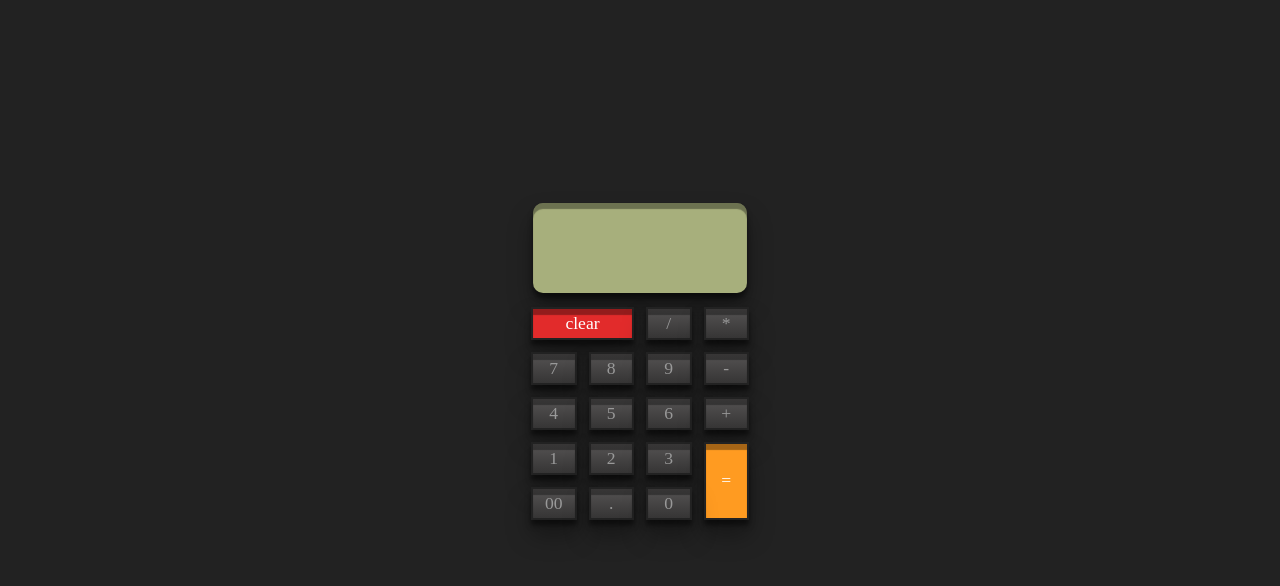
Repository: JunaidAnsari202/calculator
Page: index.html
These files come from the project's save history. The page is drawn as it stood at one moment and after the next save; the edit follows.
The browser window is 1280 px wide. The pictures show the whole page.

Above is the page before, as saved 2023-10-28 15:10:06.

### index.html
<!DOCTYPE html>
<html lang="en">
<head>
    <meta charset="UTF-8">
    <meta name="viewport" content="width=device-width, initial-scale=1.0">
    <title>Document</title>
    <link rel="stylesheet" href="style.css">
</head>
<body>

    <div class="caculator">
        <div class="button">
            <h2 id="value"></h2>
            <!-- <textarea name="" id="value" cols="1" rows="1" readonly></textarea> -->
            <span id="clear">clear</span>
            <span>/</span>
            <span>*</span>
            <span>7</span>
            <span>8</span>
            <span>9</span>
            <span>-</span>
            <span>4</span>
            <span>5</span>
            <span>6</span>
            <span id="plus">+</span>
            <span>1</span>
            <span>2</span>
            <span>3</span>
            <span id="equal">=</span>

            <span>00</span>
            <span>.</span>
            <span>0</span>


            </div>
    </div>
    <script src="script.js"></script>
</body>
</html>

### style.css
*{
    padding: 0;
    margin: 0;
    box-sizing: border-box;
    /* border: 1px red dashed; */
}

body{
    display: flex;
    justify-content: center;
    align-items: center;
    height: 100vh;

    /* background-color: rgb(109, 109, 109); */
    background-color: #222;
}
.calculator{

    position: relative;
    width: 280px;
}

.button{
    position: relative;
    display: grid;
    background-color:#222;
    width: 230px;

}

#value{
    width: 2em; /* Adjust the width as needed */
    height: 1.8em; /* Adjust the height as needed */
    resize: none;

    position: relative;
    margin: 8px;
    grid-column: span 4;
    height: 90px;
    line-height: 100px;
    padding: 0 5px ;
    border-radius: 10px;
    background-color: #a7af7c;
    text-align: right;
    font-size: 1.5rem;
    color: #3a3c2e;
    overflow: hidden;
    box-shadow: inset 0 6px 1px 0 rgba(0,0,0,0.35),
    0 5px 5px rgba(0,0,0,0.5),0 15px 25px rgba(0,0,0,0.35);
    width: calc(100% - 16px);
}


span{
    /* height: 25px; */

    position: relative;
    padding:4px;
    margin: 6px;
    min-width: 30px;
    font-size: 1.1rem;
    display: flex;
    justify-content: center;
    align-items: center;
    color: #999;
    border: 2px solid #222;
    background: linear-gradient(#555353,#363535);
    box-shadow: inset 0 6px 1px 0 rgba(0,0,0,0.35),
    0 5px 5px rgba(0,0,0,0.5),0 15px 25px rgba(0,0,0,0.35);
    user-select: none;
    cursor: pointer;
}

span::before{
    content: "";
    position: absolute;
    border-top: 2px solid #ccc;
    filter: blur(2px);
}

span:active{
    box-shadow: inset 0 6px 1px 0 rgba(0,0,0,0.35),
    0 5px 5px rgba(0,0,0,0.5),0 15px 25px rgba(0,0,0,0.35);

}

#clear{
grid-column: span 2;
background: rgba(247, 45, 45, 0.907);
color: white;
}

#equal{
    grid-row: span 2;
    /* height: 62px; */
    background: rgb(255, 155, 33);
    color: white;
}

### script.js
let buttons=document.querySelector(".button");
let btn=document.querySelectorAll("span");
let value=document.getElementById("value");

for(let i =0;i<btn.length;i++){
    btn[i].addEventListener("click",function(){
        if(this.innerHTML == "="){
            value.innerHTML = eval(value.innerHTML);

        }
        else{
            if(this.innerHTML== "clear"){
                value.innerHTML = " ";
            }else{
                value.innerHTML += this.innerHTML;
            }
        }
    })
}

After the next save:
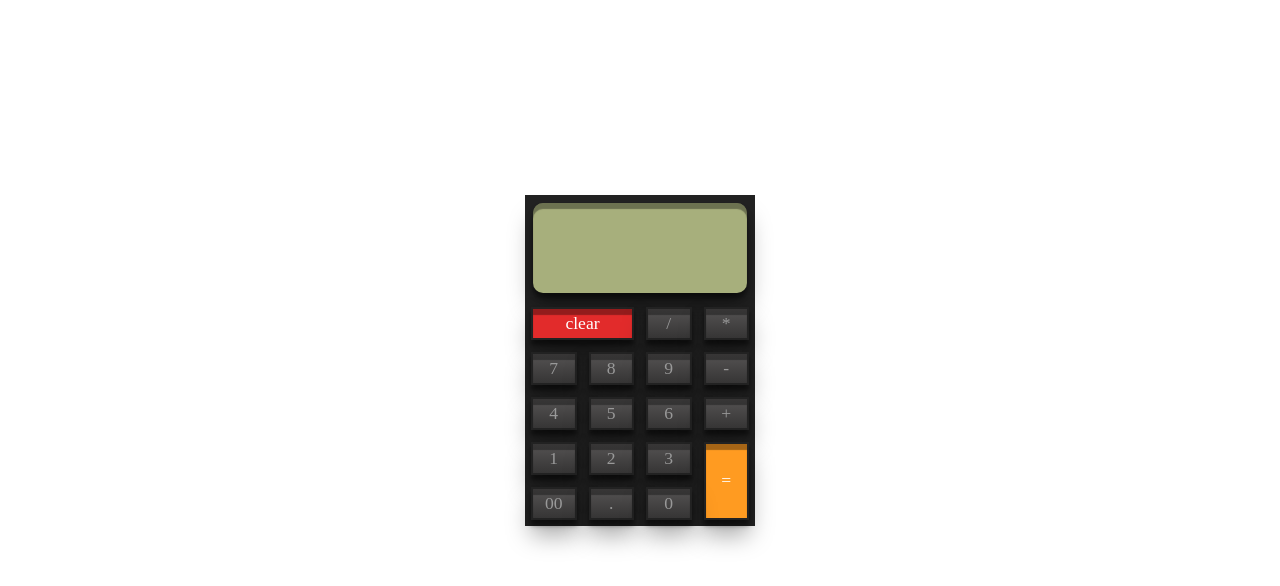
Saved 13 s later.
--- a/style.css
+++ b/style.css
@@ -12,7 +12,7 @@ body{
     height: 100vh;
 
     /* background-color: rgb(109, 109, 109); */
-    background-color: #222;
+    /* background-color: #222; */
 }
 .calculator{
 
